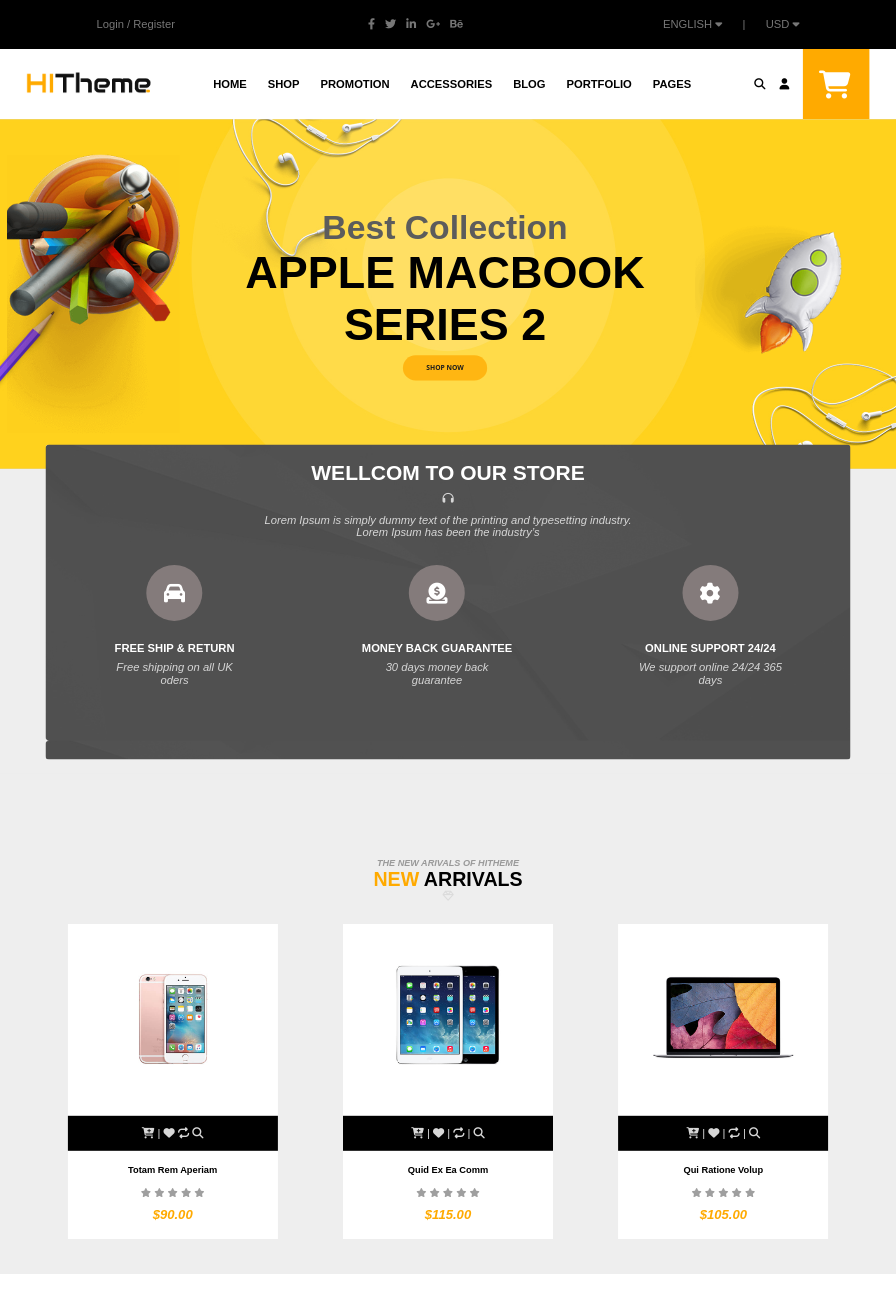
Repository: Thach1311/DU-AN-WEB-BAN-HANG-
Page: WEB BAN HANG/index1.html
These files come from the project's save history. The page is drawn as it stood at one moment and after the next save; the edit follows.
The browser window is 1280 px wide. The pictures show the whole page, at 70% of full size.

Above is the page before, as saved 2023-02-25 09:07:00.

### WEB BAN HANG/index1.html
<!DOCTYPE html>
<html lang="en">
<head>
    <meta charset="UTF-8">
    <meta http-equiv="X-UA-Compatible" content="IE=edge">
    <meta name="viewport" content="width=device-width, initial-scale=1.0">
    <title>Hi Theme</title>
    <link rel="stylesheet" href="/CSS/style1.css">
    <link rel="stylesheet" href="/ICON/fontawesome-free-6.3.0-web/css/all.min.css">
</head>
<body>
    <div class="header">

        <div class="header__form1">

          <a href=""  class="header__form1-login">
              Login /
          </a>

          <a href="" class="header__form1-register">
            Register
          </a>

        </div>

        <div class="header__form2">
            <i class="fa-brands fa-facebook-f"></i>
            <i class="fa-brands fa-twitter"></i>
            <i class="fa-brands fa-linkedin-in"></i>
            <i class="fa-brands fa-google-plus-g"></i>
            <i class="fa-brands fa-behance"></i>
        </div>

        <div class="header__form3">
            <div class="header__form3-language">
                <div class="header__form3-english">ENGLISH  <i class="fa-solid fa-caret-down"></i>

                    <div class="header__form3-moreLanguage">
                            <p class="header__form3-moreLaguage-text1"><img src="/IMG/eglish.png" alt="">English</p>
                            <p class="header__form3-moreLaguage-text2"><img src="/IMG/ar.png" alt="">Arabic</p>

                        </div>
                </div>


            </div>
            |
            <div class="header__form3-money">

                <div class="header__form3-usd">USD <i class="fa-solid fa-caret-down"></i>

                    <div class="header__form3-moreMoney">
                        <p class="header__form3-moreMoney-text1">USD</p>
                        <p class="header__form3-moreMoney-text2">EUR</p>

                    </div>

                </div>


            </div>
        </div>
    </div>

    <div class="header2">

        <div class="header2__logo">
            <img src="/IMG/logo.png" alt="">
        </div>
        <div class="header2__menu">
                     <!-- HOME -->
                <div class="header2__menu-HOME">

                    <a href="">HOME</a>

                    <div class="header2__menu-moreHOME">
                       <div class="header2__menu-moreHOME-listItem">
                        <ul class="header2__menu-moreHOME-list">
                            <li>HOMEPAGE STYLES</li>
                            <li>Home Page 1</li>
                            <li>Home Page 2</li>
                            <li>Home Page 3</li>
                            <li>Home Page 4</li>
                            <li>Home Page 5</li>
                        </ul>
                        <ul class="header2__menu-moreHOME-list">
                            <li>HOMEPAGE LAYOUTS</li>
                            <li>Home Page LTR</li>
                            <li>Home Page RTL</li>
                            <li>Home Page Boxed</li>
                            <li>Home Page Full</li>

                        </ul>
                        <ul class="header2__menu-moreHOME-list">
                            <li>PRESET COLORS</li>
                            <li>Orange</li>
                            <li>Yellow</li>
                            <li>Pink</li>
                        </ul>
                       </div>
                    </div>






                </div>


             <!-- SHOP -->
                <div class="header2__menu-SHOP">

                    <a href="">SHOP</a>

                    <div class="header2__menu-moreSHOP">
                       <div class="header2__menu-moreSHOP-listItem">
                        <ul class="header2__menu-moreSHOP-list">
                            <li>SHOP LAYOUT</li>
                            <li>Left Sidebar</li>
                            <li>Right Sidebar</li>
                            <li>Full Width</li>
                            <li>2 Columns</li>
                            <li>3 Columns</li>
                            <li>4 Columns</li>
                        </ul>
                        <ul class="header2__menu-moreSHOP-list">
                            <li>SHOP PAGES</li>
                            <li>Shop</li>
                            <li>Card</li>
                            <li>Wishlist</li>
                            <li>Checkout</li>

                        </ul>
                        <ul class="header2__menu-moreSHOP-list">
                            <li>PRODUCT TYPES</li>
                            <li>Simple Product</li>
                            <li>Variable Product</li>
                            <li>Group Product</li>
                            <li>Extermal & Affiliate Product</li>
                            <li>Bundle Product</li>
                        </ul>

                        <ul class="header2__menu-moreSHOP-list">
                            <li>PRODUCT PAGES</li>
                            <li>Full Width</li>
                            <li>Left Sidebar</li>
                            <li>Right Sidebar</li>
                            <li>Product Featured Video</li>

                        </ul>

                       </div>
                    </div>

                </div>

                 <!-- PROMOTION -->
                <div class="header2__menu-PROMOTION">

                    <a href="">PROMOTION</a>

                    <div class="header2__menu-morePROMOTION">
                       <div class="header2__menu-morePROMOTION-listItem">
                        <ul class="header2__menu-morePROMOTION-list">
                            <li>CATEGORY 1</li>
                            <li>Headphones</li>
                            <li>Kotex Styles</li>
                            <li>Electronic</li>
                            <li>Toys</li>
                            <li>Accessories</li>

                        </ul>
                        <ul class="header2__menu-morePROMOTION-list">
                            <li>CATEGORY 2</li>
                            <li>Headphones</li>
                            <li>Kotex Styles</li>
                            <li>Electronic</li>
                            <li>Toys</li>
                            <li>Accessories</li>

                        </ul>
                        <ul class="header2__menu-morePROMOTION-list">
                            <li>CATEGORY 3</li>
                            <li>Headphones</li>
                            <li>Kotex Styles</li>
                            <li>Electronic</li>
                            <li>Toys</li>
                            <li>Accessories</li>
                        </ul>

                        <ul class="header2__menu-morePROMOTION-list">
                            <li>CATEGORY 4</li>
                            <li>Headphones</li>
                            <li>Kotex Styles</li>
                            <li>Electronic</li>
                            <li>Toys</li>
                            <li>Accessories</li>

                        </ul>
                        <div class="header2__menu-morePROMOTION-img">
                           <img src="/IMG/headphone.jpg" alt="">
                        </div>
                    </div>
                    </div>

                </div>

                    <!-- ACCESSORIES-->
                <div class="header2__menu-ACCESSORIES">

                    <a href="">ACCESSORIES</a>


                    <div class="header2__menu-moreACCESSORIES">
                        <div class="header2__menu-moreACCESSORIES-listItem">

                                <div class="header2__menu-moreACCESSORIES-img">
                                    <div class="header2__menu-moreACCESSORIES-imgItem">

                                        <img src="/IMG/head1.png" alt="" style="width: 71%;">
                                    </div>

                                    <hr>
                                    <div class="header2__menu-moreACCESSORIES-content">
                                        <p> Ipsum Quia Dolor</p>
                                    </div>

                                </div>

                                <div class="header2__menu-moreACCESSORIES-img">
                                    <div class="header2__menu-moreACCESSORIES-imgItem">

                                        <img src="/IMG/head2.png" alt="">
                                    </div>
                                   <hr>
                                    <div class="header2__menu-moreACCESSORIES-content">
                                        <p>Ea Commodi Conse</p>
                                    </div>

                                </div>


                                <div class="header2__menu-moreACCESSORIES-img">
                                    <div class="header2__menu-moreACCESSORIES-imgItem">

                                        <img src="/IMG/head3.png" alt="">
                                    </div>
                                    <br><hr>
                                    <div class="header2__menu-moreACCESSORIES-content">
                                        <p>Ea Commodi Conse</p>
                                    </div>

                                </div>


                        </div>
                    </div>

                </div>




                <!-- BLOG -->
                <div class="header2__menu-BLOG">

                    <a href="">BLOG</a>

                    <div class="header2__menu-moreBLOG">
                       <div class="header2__menu-moreBLOG-listItem">
                        <ul class="header2__menu-moreBLOG-list">
                            <li>BLOG LAYOUT 1</li>
                            <li>Right Sidebar - Default</li>
                            <li>Left Sideba - Grid</li>
                            <li>Right Sidebar - Grid</li>
                            <li>Left Sideba - List</li>
                            <li>Right Sidebar - List</li>
                        </ul>
                        <ul class="header2__menu-moreBLOG-list">
                            <li>BLOG LAYOUT 2</li>
                            <li>2 Columns</li>
                            <li>3 Columns</li>
                            <li>4 Columns</li>
                            <li>Full Width</li>
                            <li>Masonry</li>

                        </ul>
                        <ul class="header2__menu-moreBLOG-list">
                            <li>POST FORMATS</li>
                            <li>Image</li>
                            <li>Video</li>
                            <li>Audio</li>
                            <li>Gallery</li>
                            <li>Quote</li>
                        </ul>

                        <ul class="header2__menu-moreBLOG-list">
                            <li>POST LAYOUTS</li>
                            <li>Full Width</li>
                            <li>Left Sidebar</li>
                            <li>Right Sidebar</li>


                        </ul>

                       </div>
                    </div>

                </div>



                        <!--PORTFLOLIO  -->
                <div class="header2__menu-PORTFOLIO">

                    <a href="">PORTFOLIO</a>

                    <div class="header2__menu-morePORTFOLIO">
                       <div class="header2__menu-morePORTFOLIO-listItem">
                        <ul class="header2__menu-morePORTFOLIO-list">
                           <li>2 Columns</li>
                           <li>3 Columns</li>
                           <li>4 Columns</li>
                           <li>Masory</li>
                        </ul>


                       </div>
                    </div>

                </div>



                        <!--  PAGES -->

                        <div class="header2__menu-PAGE">

                            <a href="">PAGES</a>

                            <div class="header2__menu-morePAGE">
                               <div class="header2__menu-morePAGE-listItem">
                                <ul class="header2__menu-morePAGE-list">
                                   <li>About Us</li>
                                   <li>Contact Us</li>
                                   <li>Page</li>
                                </ul>


                               </div>
                            </div>

                        </div>


        </div>

        <div class="header2__icon">


            <i class="fa-solid fa-magnifying-glass"></i>

            <!-- icon user -->
            <div class="header2__icon-PAGE">
                <i class="fa-solid fa-user"></i>


                <div class="header2__menu-moreUser">
                    <div class="header2__icon-moreUser-listItem">
                        <ul class="header2__icon-moreUser-list">
                            <li>Login</li>
                            <li>Cart</li>
                            <li>Whishlist</li>
                            <li>Checkout</li>
                            <li>My Account</li>
                        </ul>


                    </div>
                </div>

            </div>


            <div class="header2__icon-backgoundCart">
                <i class="fa-solid fa-cart-shopping"></i>

                <div class="header2__menu-moreCart">
                    <div class="header2__icon-moreCart-listItem">
                        <h2 class="header2__icon-moreCart-listItem-text">SUBTOTAL:</h2>
                        <h2 class="header2__icon-moreCart-listItem-price">$0.00</h2>
                    </div>
                    <div class="header2__menu-moreCart-button">
                     <button class="header2__icon-moreCart-listItem-btn1">VIEW CART</button>
                     <button class="header2__icon-moreCart-listItem-btn2">CHECK OUT</button>
                    </div>
                </div>

            </div>
        </div>



    </div>


    <!-- slide 01 -->
    <div class="slide">
        <img src="/IMG/bg01.png" alt="" class="slide__bgMain-item1" >

        <div class="slide__backGoundMain">

            <div class="slide__mainText">
                <h2 style="color: rgb(92, 92, 92);"> Best Collection</h2>
                <h1 style="font-weight: 900;">APPLE MACBOOK SERIES 2</h1>
                    <button class="slide__mainText-btn">SHOP NOW</button>
                </div>

                <div class="slide__mainImg"></div>


            </div>
            <img src="/IMG/bg04.png" alt="" class="slide__bgMain-item4">


    </div>


    <!-- Wellcom -->
    <div class="wellcom">
        <div class="main1">
            <div class="main1__wellcom">
                <div class="main1__wellcom-form">
                    <div class="main1__wellcom-header">
                        <h1 style="color: #fff; font-size: 30px; font-weight: 900;">WELLCOM TO OUR STORE</h1>
                        <i class="fa-solid fa-headphones" style="color: #d7d7d7;"></i>
                        <p style="color: #d7d7d7;"> <i>Lorem Ipsum is simply dummy text of the printing and typesetting industry. <br> Lorem Ipsum has been the industry’s</i></p>
                    </div>

                    <div class="main1__wellcom-list">
                        <div class="main1__wellcom-item">
                            <div class="main1__wellcom-form-item">

                                <div class="main1__wellcom-icon">

                                    <i class="fa-solid fa-car"></i>
                                </div>

                                <p class="main1__wellcom-text1">FREE SHIP & RETURN </p>

                            </div>

                            <p class="main1__wellcom-text2"> <i> Free shipping on all UK oders </i></p>
                        </div>

                        <div class="main1__wellcom-item">
                            <div class="main1__wellcom-form-item">

                                <div class="main1__wellcom-icon">

                                <i class="fa-solid fa-circle-dollar-to-slot"></i>

                                </div>

                                <p class="main1__wellcom-text1">MONEY BACK GUARANTEE</p>

                            </div>

                            <p class="main1__wellcom-text2"> <i> 30 days money back guarantee </i> </p>
                        </div>


                        <div class="main1__wellcom-item">
                            <div class="main1__wellcom-form-item">

                                <div class="main1__wellcom-icon">

                                    <i class="fa-solid fa-gear"></i>
                                </div>
                                <p class="main1__wellcom-text1">ONLINE SUPPORT 24/24 </p>


                            </div>

                            <p class="main1__wellcom-text2"> <i>  We support online 24/24 365 days </i> </p>
                        </div>



                    </div>

                </div>


            </div>



        </div>

        <div class="main2">
            <div class="main2__title">
                <p class="main2__title-text1"><i>  THE NEW ARIVALS OF HITHEME </i> </p>
                <span class="main2__title-text2">NEW </span>
                <span class="main2__title-text3"> ARRIVALS </span>
                <br>
               <div class="main2__title-icon">
                    <i class="fa-regular fa-gem"></i>
               </div>

            </div>


            <div class="main2__form">
                <div class="main2__form-list">
                    <div class="main2__form-img">
                        <img src="./IMG/img san pham/sp0.jpg" alt="">
                    </div>
                   <div class="main2__form-card">
                        <div class="main2__form-more">
                            <i class="fa-sharp fa-solid fa-cart-plus"></i> <span>|</span>
                            <i class="fa-solid fa-heart"></i>
                            <i class="fa-sharp fa-solid fa-repeat"></i>
                            <i class="fa-solid fa-magnifying-glass"></i>
                        </div>
                   </div>
                    <div class="main2__form-infor">
                        <h5>Totam Rem Aperiam</h5>
                        <i class="fa-sharp fa-solid fa-star"></i>
                        <i class="fa-sharp fa-solid fa-star"></i>
                        <i class="fa-sharp fa-solid fa-star"></i>
                        <i class="fa-sharp fa-solid fa-star"></i>
                        <i class="fa-sharp fa-solid fa-star"></i>
                        <h3><i>  $90.00 </i> </h3>

                    </div>
                </div>
                <div class="main2__form-list">
                    <div class="main2__form-img">
                        <img src="./IMG/img san pham/sp1.jpg" alt="">
                    </div>
                    <div class="main2__form-card">
                        <div class="main2__form-more">
                            <i class="fa-sharp fa-solid fa-cart-plus"></i> |
                            <i class="fa-solid fa-heart"></i> |
                            <i class="fa-sharp fa-solid fa-repeat"></i> |
                            <i class="fa-solid fa-magnifying-glass"></i>
                        </div>
                   </div>
                    <div class="main2__form-infor">
                        <h5>Quid Ex Ea Comm</h5>
                        <i class="fa-sharp fa-solid fa-star"></i>
                        <i class="fa-sharp fa-solid fa-star"></i>
                        <i class="fa-sharp fa-solid fa-star"></i>
                        <i class="fa-sharp fa-solid fa-star"></i>
                        <i class="fa-sharp fa-solid fa-star"></i>
                        <h3><i>  $115.00 </i> </h3>

                    </div>
                </div>
                <div class="main2__form-list">
                    <div class="main2__form-img">
                        <img src="./IMG/img san pham/sp2.jpg" alt="">
                    </div>
                    <div class="main2__form-card">
                        <div class="main2__form-more">
                            <i class="fa-sharp fa-solid fa-cart-plus"></i> |
                            <i class="fa-solid fa-heart"></i> |
                            <i class="fa-sharp fa-solid fa-repeat"></i> |
                            <i class="fa-solid fa-magnifying-glass"></i>
                        </div>
                   </div>
                    <div class="main2__form-infor">
                        <h5>Qui Ratione Volup</h5>
                        <i class="fa-sharp fa-solid fa-star"></i>
                        <i class="fa-sharp fa-solid fa-star"></i>
                        <i class="fa-sharp fa-solid fa-star"></i>
                        <i class="fa-sharp fa-solid fa-star"></i>
                        <i class="fa-sharp fa-solid fa-star"></i>
                        <h3><i>  $105.00 </i> </h3>

                    </div>
                </div>
            </div>
        </div>

    </div>






</body>
</html>

Loaded but not shown: WEB BAN HANG/ICON/fontawesome-free-6.3.0-web/css/all.min.css (library); WEB BAN HANG/CSS/style1.css (937 lines, source omitted)

After the next save:
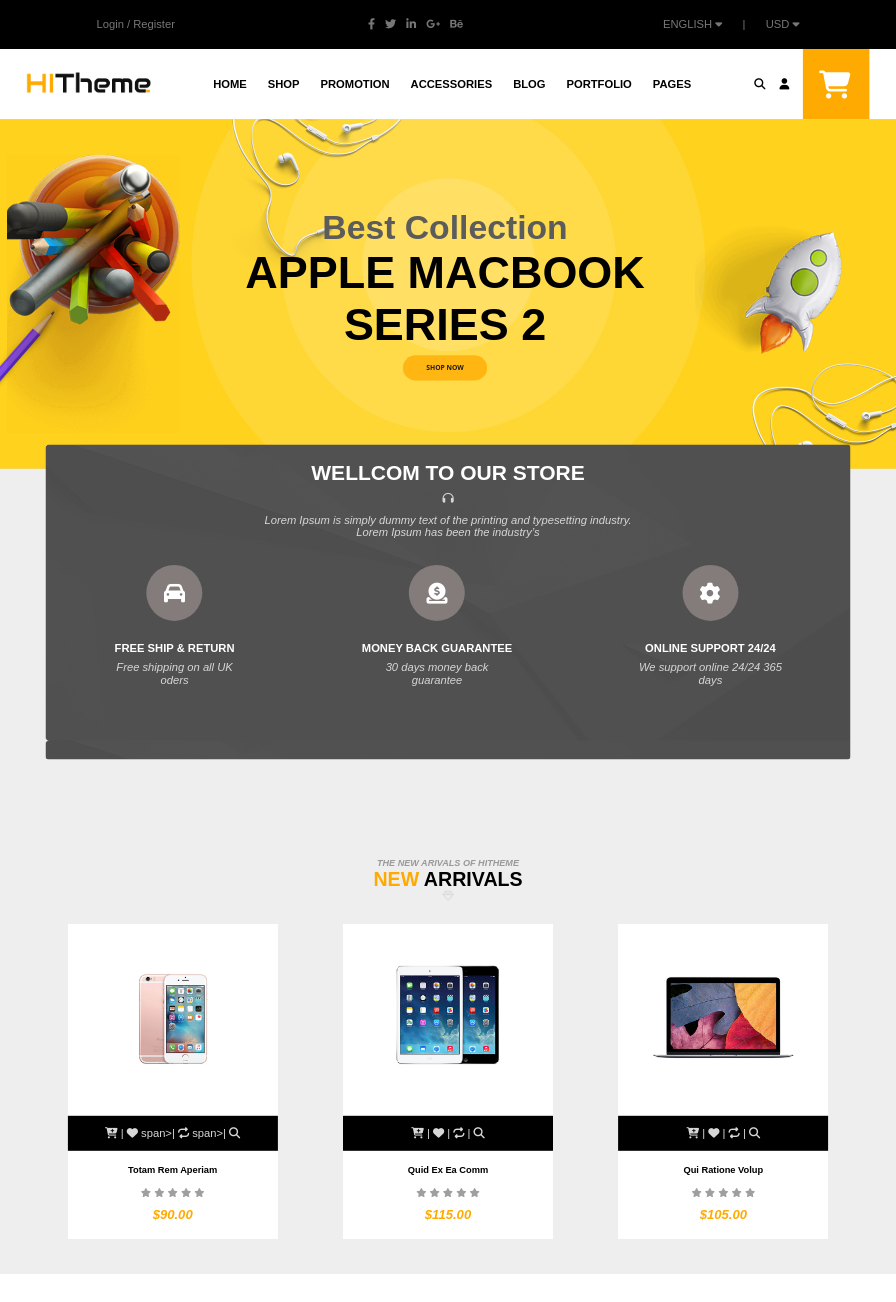
Saved 8 s later.
--- a/WEB BAN HANG/index1.html
+++ b/WEB BAN HANG/index1.html
@@ -520,8 +520,8 @@
                    <div class="main2__form-card">
                         <div class="main2__form-more">
                             <i class="fa-sharp fa-solid fa-cart-plus"></i> <span>|</span>
-                            <i class="fa-solid fa-heart"></i>
-                            <i class="fa-sharp fa-solid fa-repeat"></i>
+                            <i class="fa-solid fa-heart"></i>  span>|</span>
+                            <i class="fa-sharp fa-solid fa-repeat"></i>  span>|</span>
                             <i class="fa-solid fa-magnifying-glass"></i>
                         </div>
                    </div>
